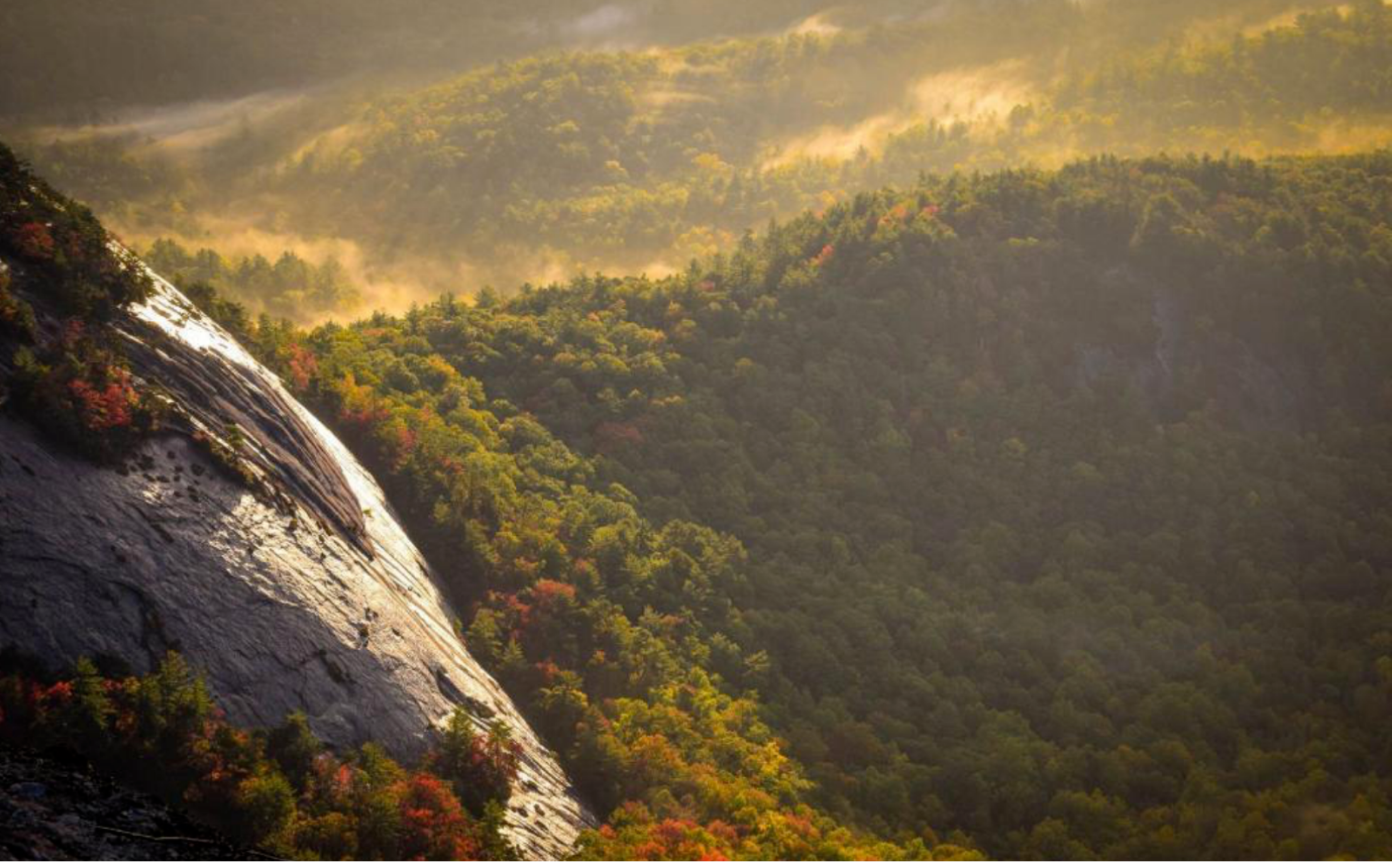
Repository: sogeisetsu/suy-ife
Page: 009-011/index.html
An editor plug-in stored every save of this project. The page is shown before and after a run of saves, followed by the edit.
The browser window is 1280 px wide. The page is 1600 px wide, then 1280 px, then 1600 px, so the pictures cover 1600 px, including what lies to the right of the window. The pictures show the whole page, at 87% of full size.

Above is the page before, as saved 2019-10-10 18:04:47.

After the next 3 saves:
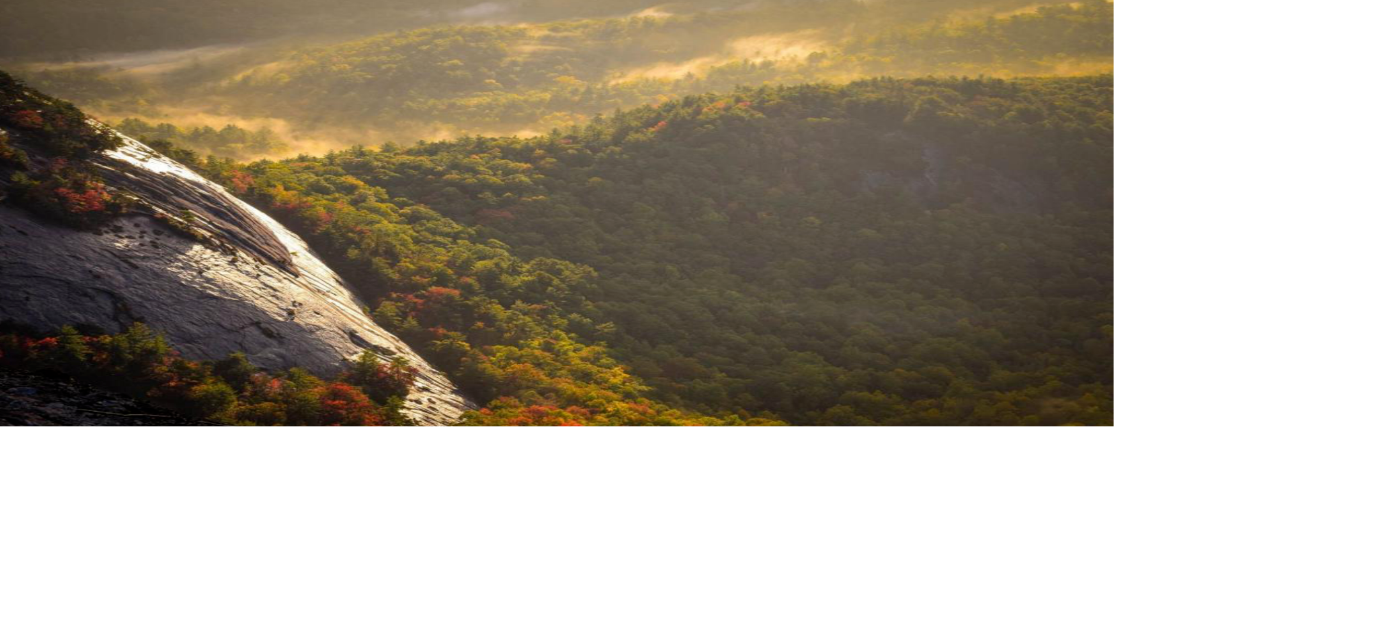
The 3 saves are shown as one change because they came seconds apart.
The last was saved 46 s later.
--- a/009-011/index.html
+++ b/009-011/index.html
@@ -8,7 +8,7 @@
     <body>
         <div id=head>
             <div id=headback>
-                <img src="sucai/head-back.png" alt="头部背景">
+                <img src="sucai/head-back.png" alt="头部背景" id="head">
             </div>
         </div>
     </body>

After the save that followed:
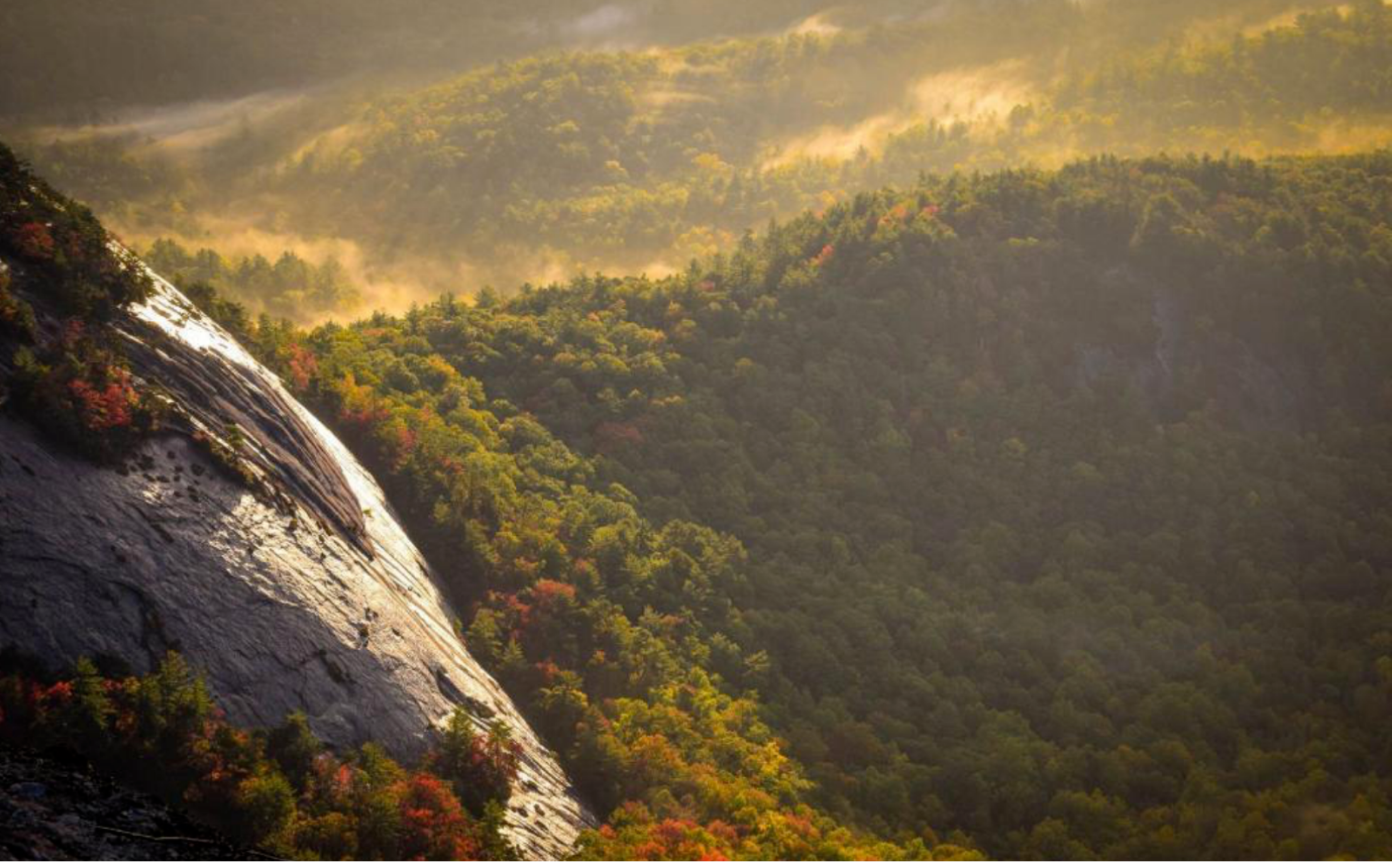
Saved 5 s later.
--- a/009-011/index.html
+++ b/009-011/index.html
@@ -8,7 +8,7 @@
     <body>
         <div id=head>
             <div id=headback>
-                <img src="sucai/head-back.png" alt="头部背景" id="head">
+                <img src="sucai/head-back.png" alt="头部背景" id="headbackimage">
             </div>
         </div>
     </body>
